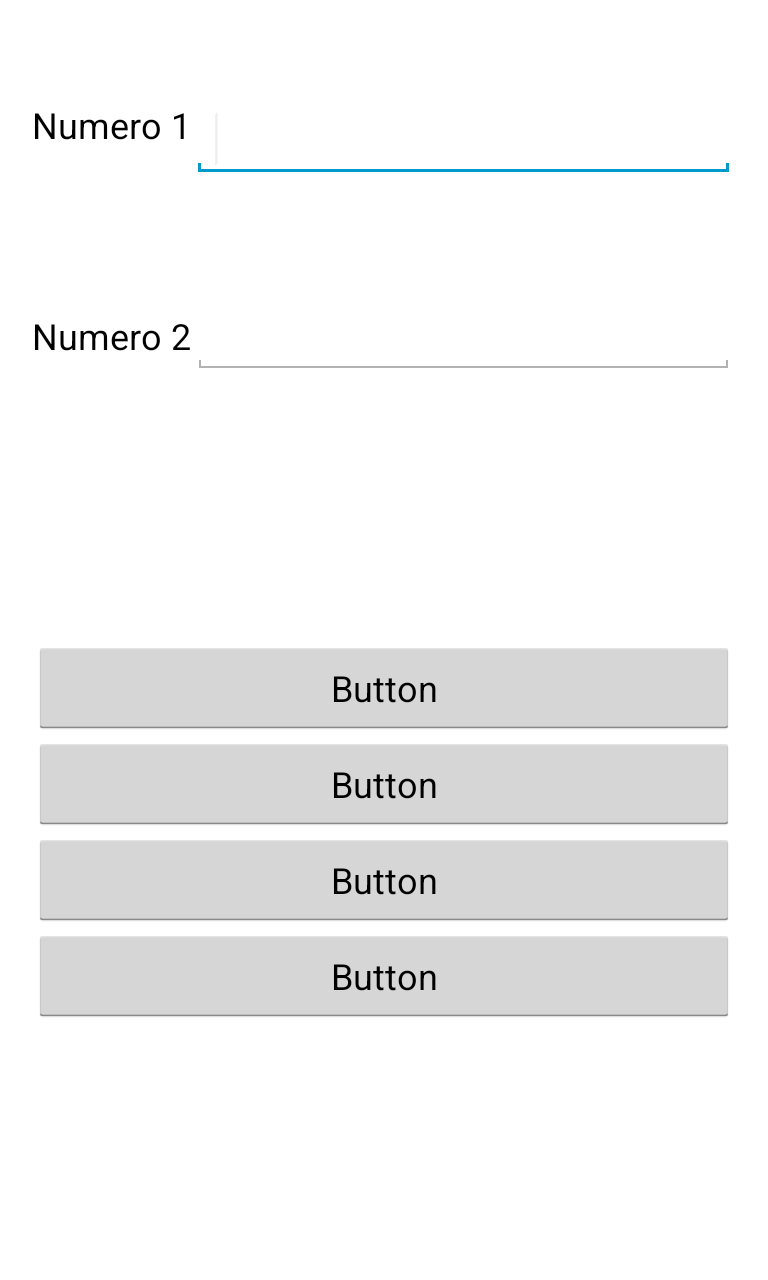
Repository: evervasquez/CursoAndroid
Layout: Precalculadora/res/layout/fragment_main.xml
An editor plug-in stored every save of this project. The layout is shown before and after the next save, followed by the edit.
It is drawn on a 768 x 1280 px phone screen (xhdpi) without system bars, with theme AppTheme; the app's code is not run.

Above is the layout before, as saved 2014-04-29 03:36:35.

After the next save:
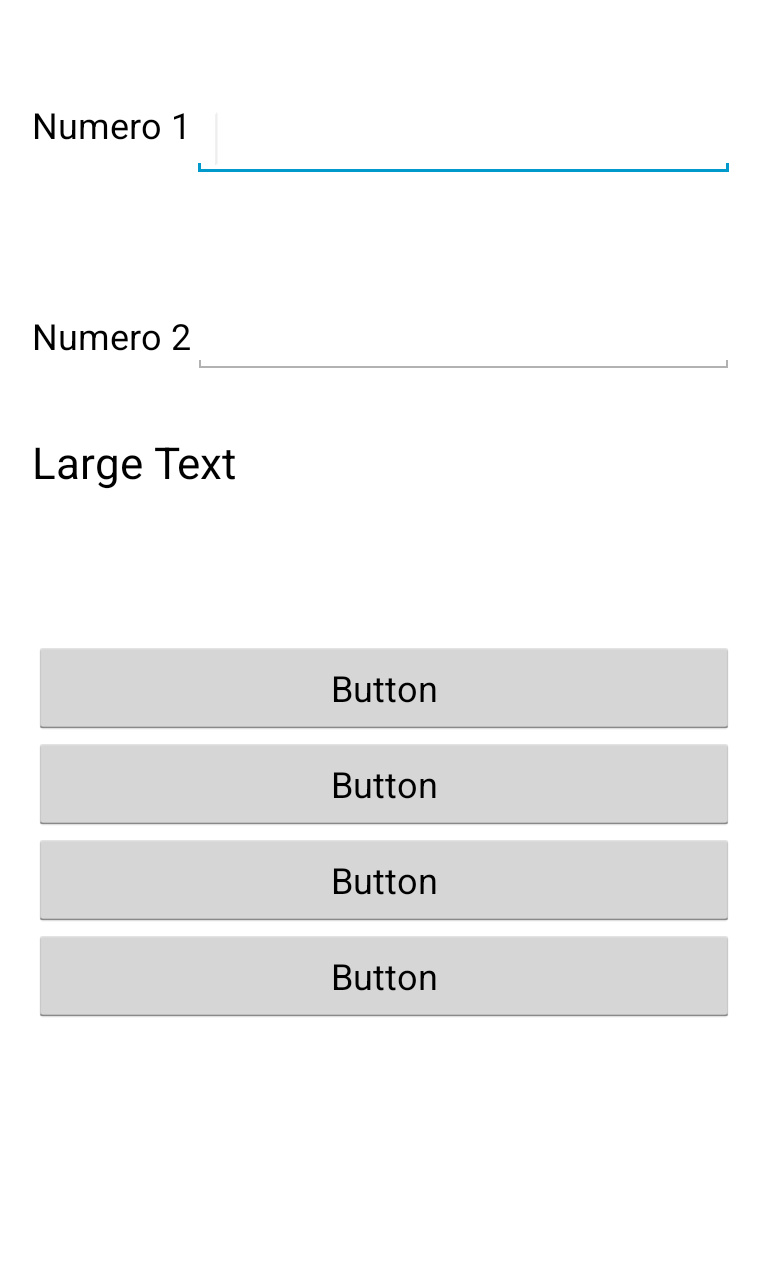
Saved 29 s later.
--- a/Precalculadora/res/layout/fragment_main.xml
+++ b/Precalculadora/res/layout/fragment_main.xml
@@ -59,6 +59,16 @@
             android:ems="10"
             android:inputType="numberDecimal" />
 
+        <TextView
+            android:id="@+id/textView3"
+            android:layout_width="fill_parent"
+            android:layout_height="wrap_content"
+            android:layout_below="@+id/editText2"
+            android:layout_centerHorizontal="true"
+            android:layout_marginTop="28dp"
+            android:text="Large Text"
+            android:textAppearance="?android:attr/textAppearanceLarge" />
+
     </RelativeLayout>
 
 	<LinearLayout
